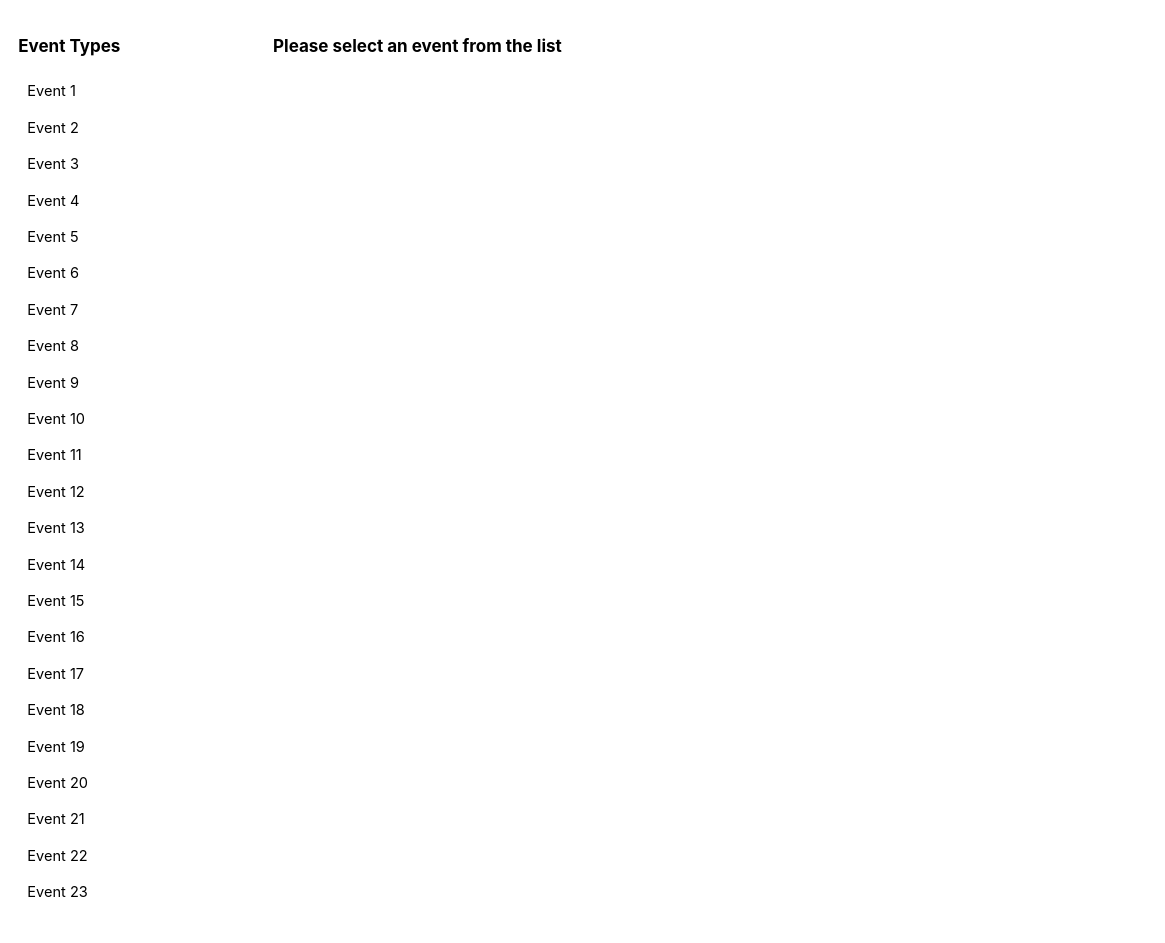
Repository: TauqeerHusain/Assignment
Page: /
An editor plug-in stored every save of this project. The page is shown before and after the next save, followed by the edit.
The browser window is 1280 px wide. The pictures show the whole page, at 91% of full size.
The project was rebuilt for these pictures with package versions that can differ from the ones it lists, and the page was loaded fresh each time.

Above is the page before, as saved 2023-02-06 22:24:26.

After the next save:
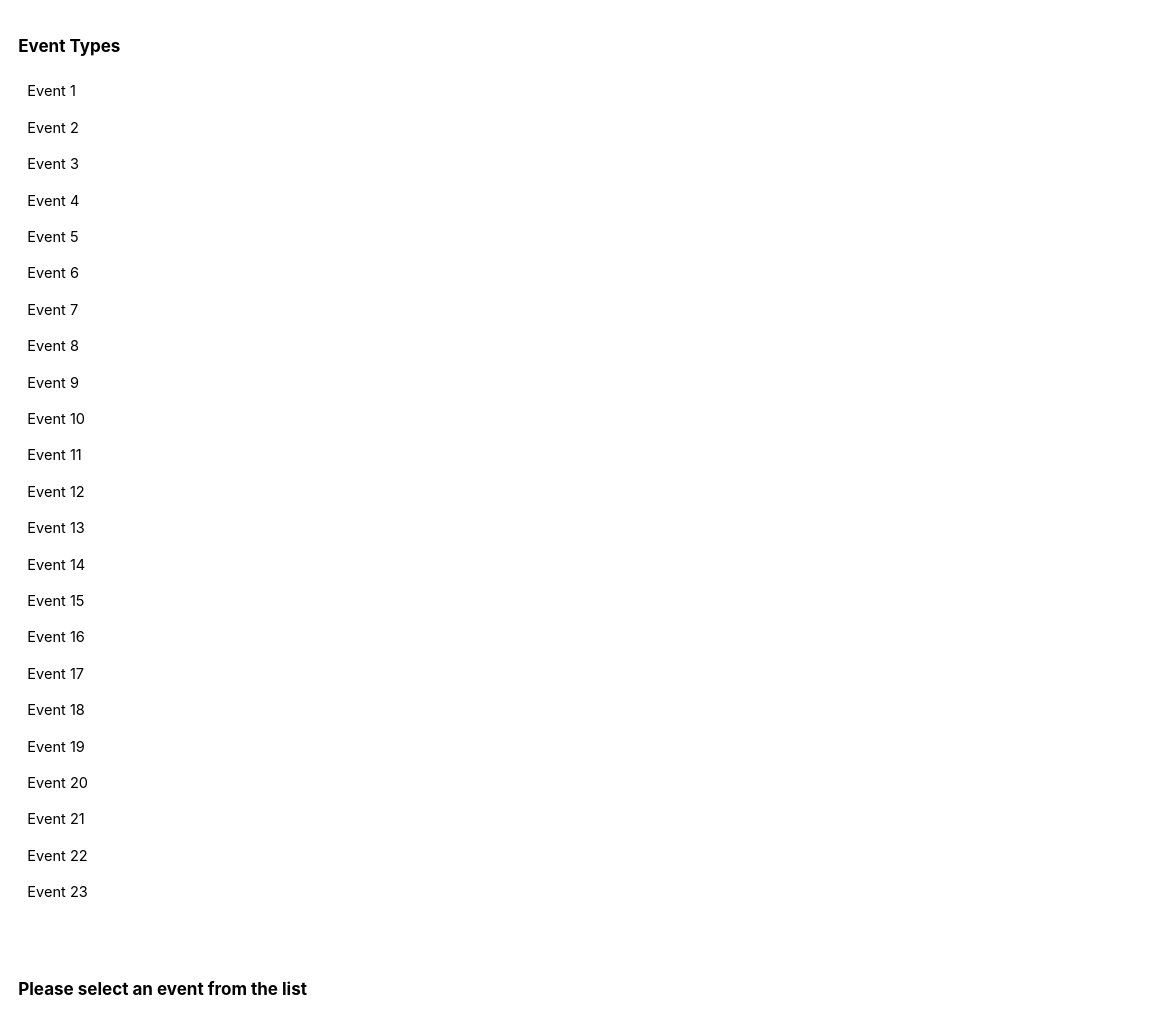
Saved 41 s later.
--- a/src/App.js
+++ b/src/App.js
@@ -149,7 +149,7 @@
   };
 
   return (
-    <div style={{ display: "flex", justifyContent: "center" }}>
+    <div>
       <div style={{ width: "20%", padding: "20px" }}>
         <h3>Event Types</h3>
         <ul style={{ listStyleType: "none", padding: 0 }}>

After the save that followed:
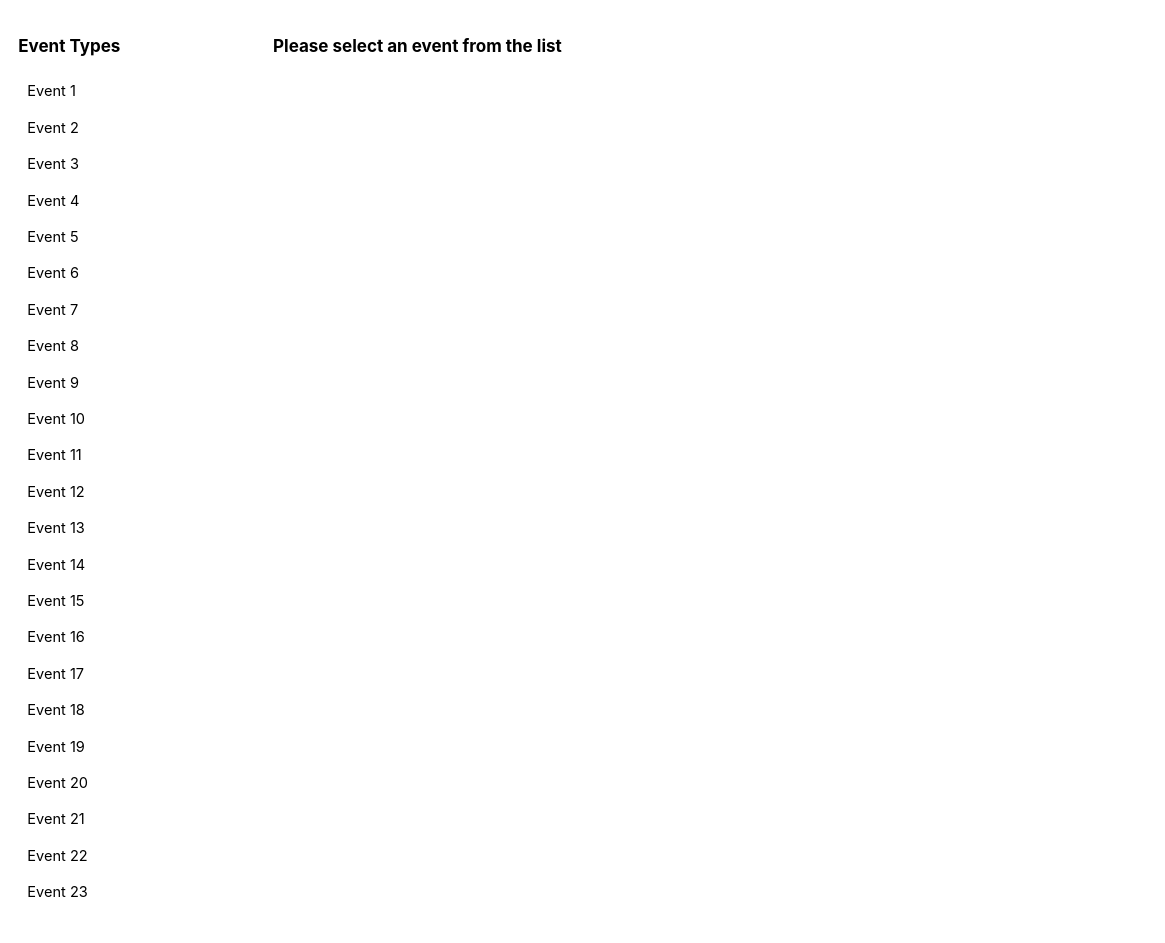
Saved 7 s later.
--- a/src/App.js
+++ b/src/App.js
@@ -149,7 +149,7 @@
   };
 
   return (
-    <div>
+    <div style={{ display: "flex", justifyContent: "center" }}>
       <div style={{ width: "20%", padding: "20px" }}>
         <h3>Event Types</h3>
         <ul style={{ listStyleType: "none", padding: 0 }}>
